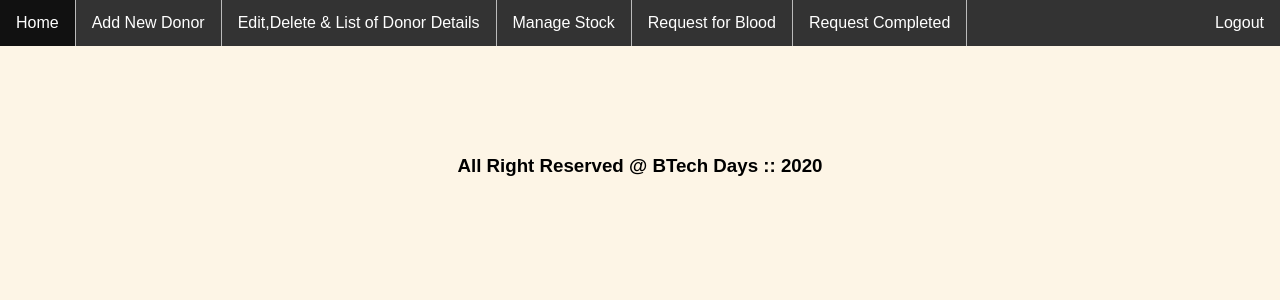
Repository: Tejas-2408/Blood-Bank-Management
Page: http://localhost/Blood_Bank_Management_System/requestForBlood.jsp
These files come from the project's save history. The page is drawn as it stood at one moment and after a run of saves; the edit follows.
The browser window is 1280 px wide. The pictures show the whole page.
The page is served by Tomcat 9. Other server files are loaded and not shown. Queries for data that is not in the repository find no rows.

Above is the page before, as saved 2022-06-03 16:58:51.

### Blood Bank Management System/src/main/webapp/requestForBlood.jsp
<%@include file="header.html"%>
<%@page import="Project.ConnectionProvider , java.sql.*" %>
<html>
<head>
<style>
#customers {
  font-family: "Trebuchet MS", Arial, Helvetica, sans-serif;
  border-collapse: collapse;
  width: 95%;
}

#customers td, #customers th {
  border: 1px solid #ddd;
  padding: 8px;
}

#customers tr:nth-child(even){background-color: #f2f2f2;}

#customers tr:hover {background-color: #ddd;}

#customers th {
  padding-top: 12px;
  padding-bottom: 12px;
  text-align: left;
  background-color: #4CAF50;
  color: white;
}
</style>
</head>
<body>
<br>
<center>




</center>
<br>
<br>
<br>
<br>
<h3><center>All Right Reserved @ BTech Days :: 2020  </center></h3>
</body>
</html>

### Blood Bank Management System/src/main/webapp/header.html
<!DOCTYPE html>
<html>
<head>
 <link rel="stylesheet" href="style.css" type="text/css" media="screen">
<style>

ul {
  list-style-type: none;
  margin: 0;
  padding: 0;
  overflow: hidden;
  background-color: #333;
}

li {
  float: left;
  border-right:1px solid #bbb;
}

li:last-child {
  border-right: none;
}

li a {
  display: block;
  color: white;
  text-align: center;
  padding: 14px 16px;
  text-decoration: none;
}

li a:hover:not(.active) {
  background-color: #111;
}

.active {
  background-color: #4CAF50;
}
</style>
</head>
<body>

<ul>
  <li><a href="home.jsp">Home</a></li>
  <li><a href="addNewDonor.jsp">Add New Donor</a></li>
  <li><a href="editDeleteList.jsp">Edit,Delete & List of Donor Details</a></li>
    <li><a href="manageStock.jsp">Manage Stock</a></li>
  <li><a href="requestForBlood.jsp">Request for Blood</a></li>
  <li><a href="requestCompleted.jsp">Request Completed</a></li>
  <li style="float:right"><a href="adminLogin.jsp">Logout</a></li>
</ul>

</body>
</html>

### Blood Bank Management System/src/main/webapp/style.css
body{
background-color:#FDF5E6;
}
img{
width:100%;
height:500px;
}

.logo{
width:130px;
height:90px;
}
body {
  margin: 0;
  font-family: Arial;
}

.header {
  overflow: hidden;
  background-color:#B0C4DE;
  padding: 20px 10px;
}

.header a {
  float: left;
  color: white;
  text-align: center;
  padding: 12px;
  text-decoration: none;
  font-size: 18px;
  line-height: 25px;
  border-radius: 4px;
}

.header a.logo {
  font-size: 25px;
  font-weight: bold;
}


.header a.active {
  background-color: dodgerblue;
  color: white;
}

.header-right {
  float: right;
}

@media screen and (max-width: 500px) {
  .header a {
    float: none;
    display: block;
    text-align: left;
  }
  .header-right {
    float: none;
  }
}
.slide{
background-color:red;
}


textarea
{
    border: none;
    margin-left:100px;
	background:silver;
	width:100%;
    font-size: 16px;
	padding:15px;

}
.textdiv{
	margin-left:2.5%;
	margin-right:2.5%;
	width:100%;
}

iframe{

	height:50%;
	width:90%;
}


.button {
  border-radius: 4px;
  background-color: black;
  border: solid;
  color: #FFFFFF;
  text-align: center;
  font-size: 23px;
  padding: 5px;
  width: 120px;
  transition: all 0.5s;
  cursor: pointer;
  margin: 5px;
}

.button1 {
  border-radius: 4px;
  background-color: black;
  border: solid;
  border-radius:30px;
  border-color:silver;
  color: #FFFFFF;
  text-align: center;
  font-size: 23px;
  padding: 5px;
  width: 140px;
  transition: all 0.5s;
  cursor: pointer;
  margin: 5px;
  float:right;
}

button span {
  cursor: pointer;
  display: inline-block;
  position: relative;
  transition: 0.5s;
}

button span:after ,button1 span:after {
  content: '\00bb';
  position: absolute;
  opacity: 0;
  top: 0;
  right: -20px;
  transition: 0.5s;
}

button:hover span , button1:hover span {
  padding-right: 25px;
}

button:hover span:after , button1:hover span:after {
  opacity: 1;
  right: 0;
}



.p1{
	margin-left:6%;
	margin-right:6%;
	padding:15%;
	 border-left: 6px solid silver;
	 border-right: 6px solid silver;
	  border-top: 6px solid gray;
	 border-bottom: 6px solid gray;
	margin-bottom:2px;
	 background: rgba(0, 0, 0, 0.2);

}
.p2
{
	margin-left:6%;
	margin-right:6%;
	padding:9%;
	border:solid;
	border-left: 6px solid silver;
	 border-right: 6px solid silver;
	  border-top: 6px solid gray;
	 border-bottom: 6px solid gray;
	margin-bottom:18px;
	 background: rgba(0, 0, 0, 0.2);
}


.p3{

	color:white;
	margin-left:6%;
}


.m1{
	width:140px;
}

* {
    box-sizing: border-box;
}

body {
    margin: 0;
    font-family: Arial;
}

.header {
    text-align: center;
    padding: 32px;
}

.row {
    display: -ms-flexbox; /* IE10 */
    display: flex;
    -ms-flex-wrap: wrap; /* IE10 */
    flex-wrap: wrap;
    padding: 0 4px;

}
.row1 {
    display: -ms-flexbox; /* IE10 */
    display: flex;
    -ms-flex-wrap: wrap; /* IE10 */
    flex-wrap: wrap;
    padding: 0 4px;
	background-color:black;

}


/* Create four equal columns that sits next to each other */
.column {
    -ms-flex: 25%; /* IE10 */
    flex: 25%;
    max-width: 50%;
    padding: 0 4px;
}
.column1 {
    -ms-flex: 25%; /* IE10 */
    flex: 25%;
    max-width: 100%;
    padding: 0 4px;
}


.column img {
    margin-top: 8px;
    vertical-align: middle;
	height:300px;
	padding:30px;
}

/* Responsive layout - makes a two column-layout instead of four columns */
@media screen and (max-width: 800px) {
    .column {
        -ms-flex: 50%;
        flex: 50%;
        max-width: 50%;
    }
}

/* Responsive layout - makes the two columns stack on top of each other instead of next to each other */
@media screen and (max-width: 600px) {
    .column {
        -ms-flex: 100%;
        flex: 100%;
        max-width: 100%;
    }
}
p{
padding:10px;
}

.h1d{
color:white;
margin-left:5%;
}
.h1e{
color:white;
margin-left:28%;
}

### Blood Bank Management System/src/main/java/Project/ConnectionProvider.java
package Project;
import java.sql.*;

public class ConnectionProvider {

	public static Connection getCon() {
		try {
			Class.forName("com.mysql.jdbc.Driver");
			Connection con = DriverManager.getConnection("jdbc:mysql://localhost:3306/bloodbank","root","root");
			return con;
		}
		catch(Exception e) {
			System.out.print(e);
			return null;
		}
	}

}

After the next 2 saves:
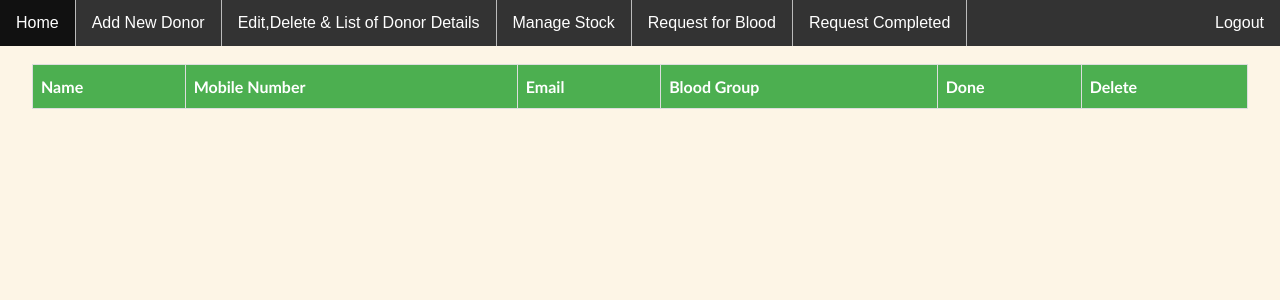
The 2 saves are shown as one change because 1 did not build or start.
The last was saved 6 min 15 s later.
--- a/Blood Bank Management System/src/main/webapp/requestForBlood.jsp
+++ b/Blood Bank Management System/src/main/webapp/requestForBlood.jsp
@@ -30,7 +30,38 @@
 <body>
 <br>
 <center>
+<table id="customers">
+<tr>
+<th>Name</th>
+<th>Mobile Number</th>
+<th>Email</th>
+<th>Blood Group</th>
+<th>Done</th>
+<th>Delete</th>
+</tr>
+<tr>
+<%
+try{
+	Connection con = ConnectionProvider.getCon();
+	Statement st = con.createStatement();
+	ResultSet rs= st.executeQuery("select * from bloodrequest where status='pending'");
+	while(rs.next()){
+%>
+<td><%=rs.getString(1) %></td>
+<td><%=rs.getString(2) %></td>
+<td><%=rs.getString(3) %></td>
+<td><%=rs.getString(4) %></td>
+<td><a href="requestForBloodDone.jsp?mobilenumber=<%=rs.getString(2) %>">Done</a></td>
+<td><a href="requestForBloodDelete.jsp?mobilenumber=<%=rs.getString(2) %>">Delete</a></td>
+</tr>
+<%}
+	}
+	catch(Exception e){
+		System.out.println(e);
+	}
+	%>
 
+</table>
 
 
 
@@ -39,6 +70,5 @@
 <br>
 <br>
 <br>
-<h3><center>All Right Reserved @ BTech Days :: 2020  </center></h3>
 </body>
 </html>
